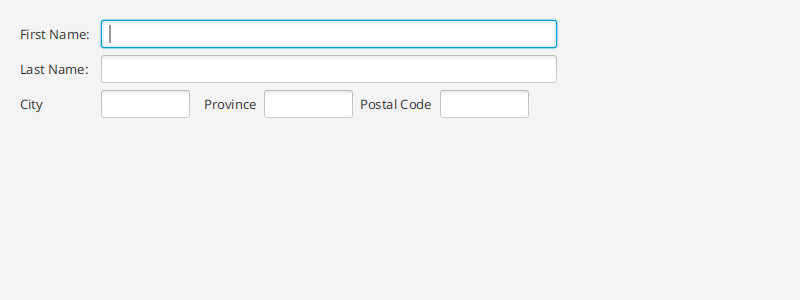
Repository: Mselenko/Java
Program's window: java w_5/JavaFx/src/garbage/CssExample.java
An editor plug-in stored every save of this project. The program's window is shown before and after the next save, followed by the edit.
It runs on Java 21 on a 1366 x 768 screen with JavaFX 11; the title bar is not drawn.

Above is the program's window before, as saved 2019-06-22 00:22:32.

### w_5/JavaFx/src/garbage/CssExample.java
package garbage;

import javafx.application.Application;
import javafx.geometry.HPos;
import javafx.geometry.Insets;
import javafx.scene.Scene;
import javafx.scene.control.ComboBox;
import javafx.scene.control.Label;
import javafx.scene.control.TextArea;
import javafx.scene.control.TextField;
import javafx.scene.image.Image;
import javafx.scene.image.ImageView;
import javafx.scene.layout.GridPane;
import javafx.scene.paint.Color;
import javafx.scene.paint.Paint;
import javafx.scene.paint.RadialGradientBuilder;
import javafx.scene.paint.Stop;
import javafx.stage.Stage;

/**
 * Created on: 23.06.2012
 * @author Sebastian Damm
 */
public class CssExample extends Application{
//{
//    private final Paint background = RadialGradientBuilder.create()
//            .stops(new Stop(0d, Color.TURQUOISE), new Stop(1, Color.web('3A5998')))
//            .centerX(0.5d).centerY(0.5d).build();
    private final String LABEL_STYLE = "-fx-text-fill: white; -fx-font-size: 14;"
            + "-fx-effect: dropshadow(one-pass-box, black, 5, 0, 1, 1);";

    @Override
    public void start(Stage primaryStage) throws Exception
    {
        Scene scene = new Scene(createGridPane(), 800, 300);
        primaryStage.setTitle("GridPaneExample 2 - User form");
        primaryStage.setScene(scene);
        primaryStage.show();
    }

    private GridPane createGridPane()
    {
        GridPane gridPane = new GridPane();
        gridPane.setPadding(new Insets(20, 20, 20, 20));
        gridPane.setHgap(7); gridPane.setVgap(7);

        Label lbFirstName = new Label("First Name: ");
        //lbFirstName.setStyle(LABEL_STYLE);
        GridPane.setHalignment(lbFirstName, HPos.LEFT);
        TextField tfFirstName = new TextField();
        //tfFirstName.setPrefColumnCount(40);
        GridPane.setColumnSpan(tfFirstName, 10);

        Label lbLastName = new Label("Last Name:");
        //lbLastName.setStyle(LABEL_STYLE);
        GridPane.setHalignment(lbLastName, HPos.LEFT);
        TextField tfLastName = new TextField();
       // tfLastName.setPrefColumnCount(40);
        GridPane.setColumnSpan(tfLastName, 10);

//        Label lbCity = new Label("City:");
//        //lbCity.setStyle(LABEL_STYLE);
//        GridPane.setHalignment(lbCity, HPos.LEFT);
//        TextField tfCity = new TextField();
//        GridPane.setHalignment(tfCity, HPos.LEFT);
//        GridPane.setColumnSpan(tfCity, 5);
//
//        Label lbProvince = new Label("Province: ");
//
//        //lbStreetNr.setStyle(LABEL_STYLE);
//        GridPane.setHalignment(lbProvince, HPos.LEFT);
//        ComboBox<String>  tfProvince = new ComboBox();
//        GridPane.setHalignment(tfProvince, HPos.LEFT);
//
//        Label lbpCode = new Label("Postal Code:");
//        //lbCity.setStyle(LABEL_STYLE);
//        GridPane.setHalignment(lbpCode, HPos.LEFT);
//        TextField tfpCode = new TextField();
//
//

        Label lbCity = new Label("City");

        GridPane.setHalignment(lbCity, HPos.LEFT);
        TextField tfCity = new TextField();
       tfCity.setPrefColumnCount(6);
        //GridPane.setColumnSpan(tfCity, 2);

Label lbProvince = new Label("Province");

        GridPane.setHalignment(lbProvince, HPos.LEFT);
        TextField tfProvince = new TextField();
        tfProvince.setPrefColumnCount(6);

Label lbpCode = new Label("Postal Code");

        GridPane.setHalignment(lbpCode, HPos.LEFT);
        TextField tfpCode = new TextField();
        tfpCode.setPrefColumnCount(6);

//        tfStreet.setPrefColumnCount(5);
//        GridPane.setColumnSpan(tfStreet, 2);
//        TextField tfNumber = new TextField();
//        tfNumber.setPrefColumnCount(3);

//        Label lbNotes = new Label("Notes:");
//        lbNotes.setStyle(LABEL_STYLE);
//        GridPane.setHalignment(lbNotes, HPos.RIGHT);
//        TextArea taNotes = new TextArea();
//        taNotes.setPrefColumnCount(5);
//        taNotes.setPrefRowCount(5);
//        GridPane.setColumnSpan(taNotes, 3);
//        GridPane.setRowSpan(taNotes, 2);



//        gridPane.setGridLinesVisible(true);

        gridPane.add(lbFirstName, 0, 0); gridPane.add(tfFirstName, 1, 0);
        gridPane.add(lbLastName, 0, 1); gridPane.add(tfLastName, 1, 1);

        //gridPane.add(imageView, 2, 0); gridPane.add(lbLastName, 0, 1);
       // gridPane.add(tfLastName, 1, 1); gridPane.add(lbCity, 0, 2);
        gridPane.add(lbCity, 0, 2); gridPane.add(tfCity, 1, 2);
        gridPane.add(lbProvince, 3, 2); gridPane.add(tfProvince, 4, 2);
        gridPane.add(lbpCode, 5, 2); gridPane.add(tfpCode, 6, 2);
       // gridPane.add(lbNotes, 0, 4); gridPane.add(taNotes, 1, 4);

        return gridPane;
    }

    public static void main(String[] args)
    {   Application.launch(args);   }
}

After the next save:
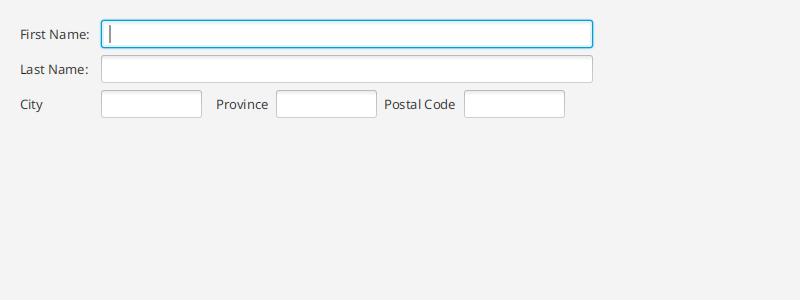
Saved 26 s later.
--- a/w_5/JavaFx/src/garbage/CssExample.java
+++ b/w_5/JavaFx/src/garbage/CssExample.java
@@ -83,20 +83,20 @@
 
         GridPane.setHalignment(lbCity, HPos.LEFT);
         TextField tfCity = new TextField();
-       tfCity.setPrefColumnCount(6);
+       tfCity.setPrefColumnCount(7);
         //GridPane.setColumnSpan(tfCity, 2);
 
 Label lbProvince = new Label("Province");
 
         GridPane.setHalignment(lbProvince, HPos.LEFT);
         TextField tfProvince = new TextField();
-        tfProvince.setPrefColumnCount(6);
+        tfProvince.setPrefColumnCount(7);
 
 Label lbpCode = new Label("Postal Code");
 
         GridPane.setHalignment(lbpCode, HPos.LEFT);
         TextField tfpCode = new TextField();
-        tfpCode.setPrefColumnCount(6);
+        tfpCode.setPrefColumnCount(7);
 
 //        tfStreet.setPrefColumnCount(5);
 //        GridPane.setColumnSpan(tfStreet, 2);
